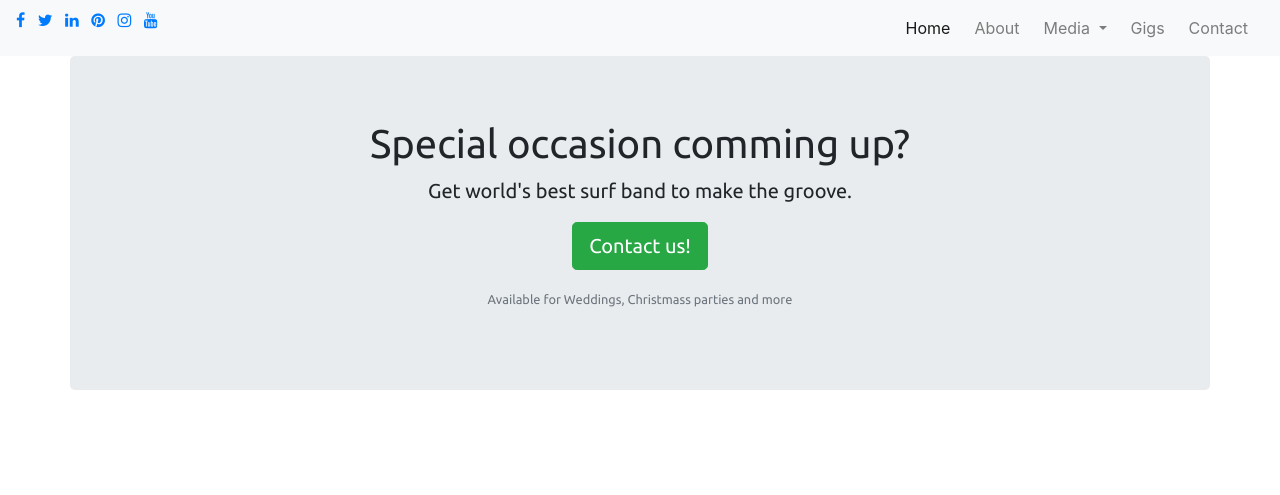
Repository: NamcorStudent/Stream_1_Project_HTML5-CSS3
Page: index.html
The author's editor kept a record of every edit. The page is drawn from the files as they stood at one moment, then again after the next edit.
The browser window is 1280 px wide. The pictures show the whole page.
Some web libraries are served in a nearby version.

Above is the page before.

After the next edit:
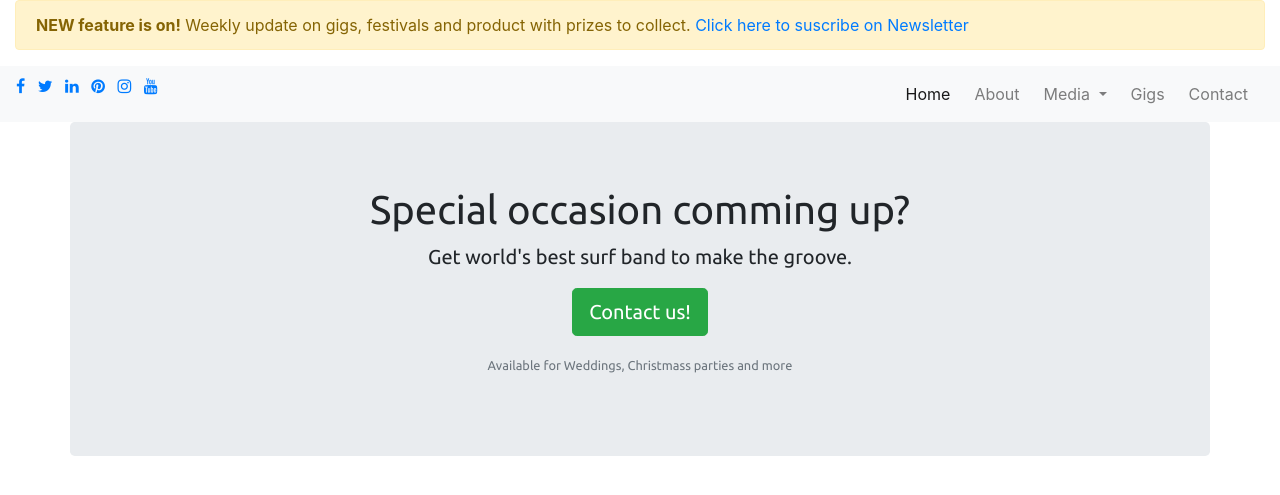
The edit:
--- a/index.html
+++ b/index.html
@@ -12,7 +12,16 @@
 </head>
 
 <body>
-
+ <!--Alert for subscription-->
+    <div class="container-fluid alert-container">
+        <div class="row d-none d-sm-block">
+            <div class="col-12">
+                <div class="alert alert-warning">
+                    <strong>NEW feature is on!</strong> Weekly update on gigs, festivals and product with prizes to collect. <a href="#" data-toggle="modal" data-target="#signUpModal">Click here to suscribe on Newsletter</a>
+                </div>
+            </div>
+        </div>
+    </div>
     <!--Nav-->
     <nav class="navbar navbar-light navbar-expand-sm bg-light">
         <div class="social-links mr-auto">
